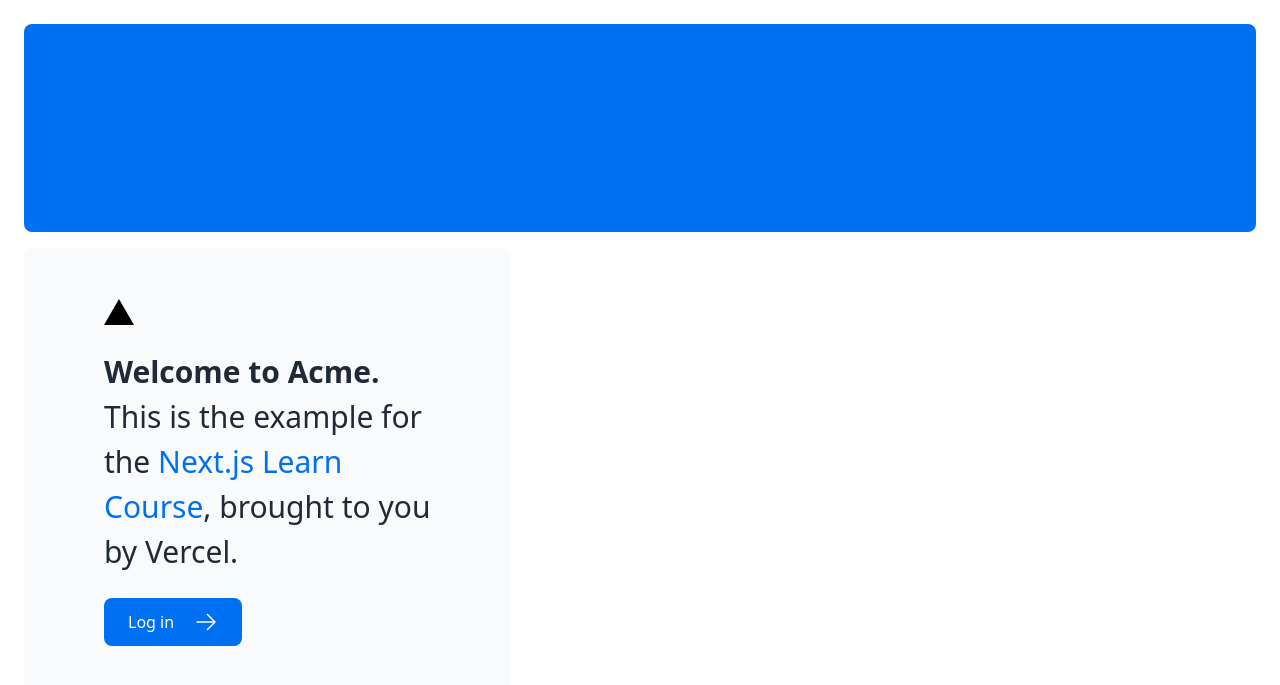
Repository: ankit-Kumar-4/nextjs-dashboard
Page: /
These files come from the project's save history. The page is drawn as it stood at one moment and after the next save; the edit follows.
The browser window is 1280 px wide. The pictures show the whole page.
The project was rebuilt for these pictures with package versions that can differ from the ones it lists, and the page was loaded fresh each time. The framework's server and built-in components were replaced by stand-ins that run in the browser. Also part of the build but not shown: next.config.mjs, app/ui/home.modules.css.

Above is the page before, as saved 2024-06-27 12:47:18.

### app/page.tsx
import AcmeLogo from '@/app/ui/acme-logo';
import { ArrowRightIcon } from '@heroicons/react/24/outline';
import Link from 'next/link';
import styles from '@/app/ui/home.modules.css';

export default function Page() {
  return (
    <main className="flex min-h-screen flex-col p-6">
      <div className="flex h-20 shrink-0 items-end rounded-lg bg-blue-500 p-4 md:h-52">
        {/* <AcmeLogo /> */}
      </div>
      <div className="mt-4 flex grow flex-col gap-4 md:flex-row">
        <div className="flex flex-col justify-center gap-6 rounded-lg bg-gray-50 px-6 py-10 md:w-2/5 md:px-20">
          <div
            className="relative w-0 h-0 border-l-[15px] border-r-[15px] border-b-[26px] border-l-transparent border-r-transparent border-b-black"
          />
          <p className={`text-xl text-gray-800 md:text-3xl md:leading-normal`}>
            <strong>Welcome to Acme.</strong> This is the example for the{' '}
            <a href="https://nextjs.org/learn/" className="text-blue-500">
              Next.js Learn Course
            </a>
            , brought to you by Vercel.
          </p>
          <Link
            href="/login"
            className="flex items-center gap-5 self-start rounded-lg bg-blue-500 px-6 py-3 text-sm font-medium text-white transition-colors hover:bg-blue-400 md:text-base"
          >
            <span>Log in</span> <ArrowRightIcon className="w-5 md:w-6" />
          </Link>
        </div>
        <div className="flex items-center justify-center p-6 md:w-3/5 md:px-28 md:py-12">
          {/* Add Hero Images Here */}
        </div>
      </div>
    </main>
  );
}

Loaded but not shown: app/layout.tsx (common file); app/ui/global.css (common file); tailwind.config.ts (common file)

After the next save:
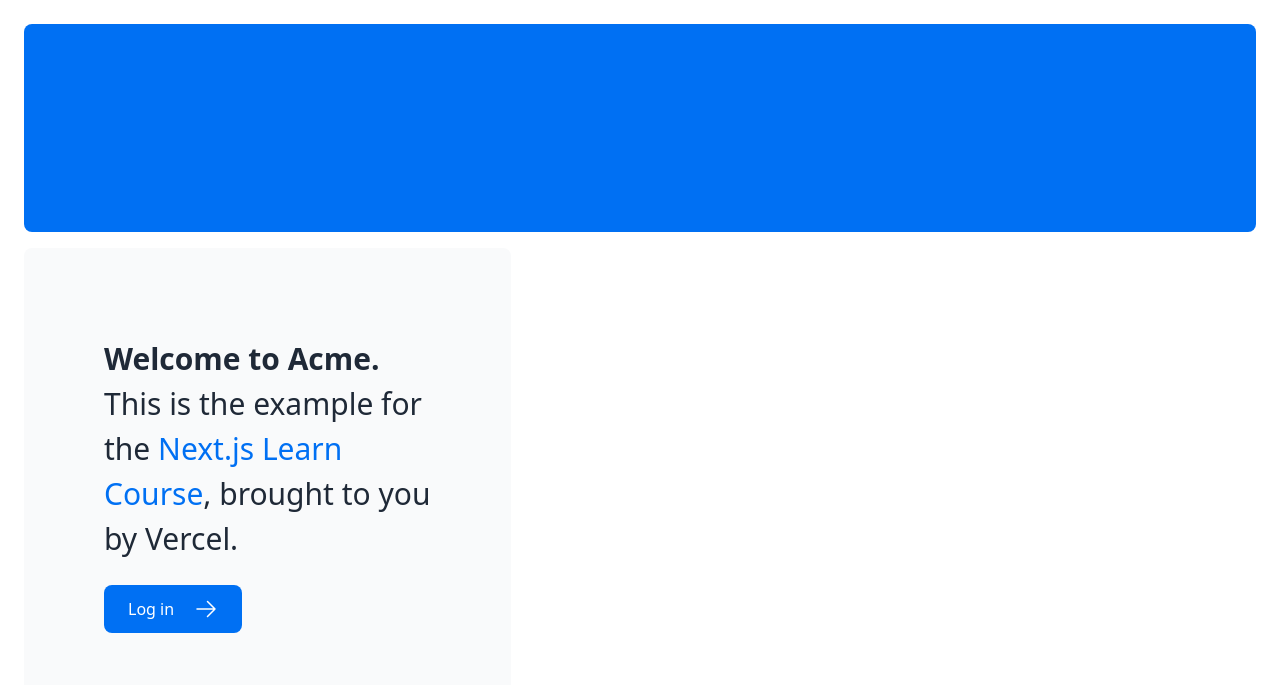
Saved 33 s later.
--- a/app/page.tsx
+++ b/app/page.tsx
@@ -12,7 +12,8 @@
       <div className="mt-4 flex grow flex-col gap-4 md:flex-row">
         <div className="flex flex-col justify-center gap-6 rounded-lg bg-gray-50 px-6 py-10 md:w-2/5 md:px-20">
           <div
-            className="relative w-0 h-0 border-l-[15px] border-r-[15px] border-b-[26px] border-l-transparent border-r-transparent border-b-black"
+            // className="relative w-0 h-0 border-l-[15px] border-r-[15px] border-b-[26px] border-l-transparent border-r-transparent border-b-black"
+            className={styles.shape}
           />
           <p className={`text-xl text-gray-800 md:text-3xl md:leading-normal`}>
             <strong>Welcome to Acme.</strong> This is the example for the{' '}
